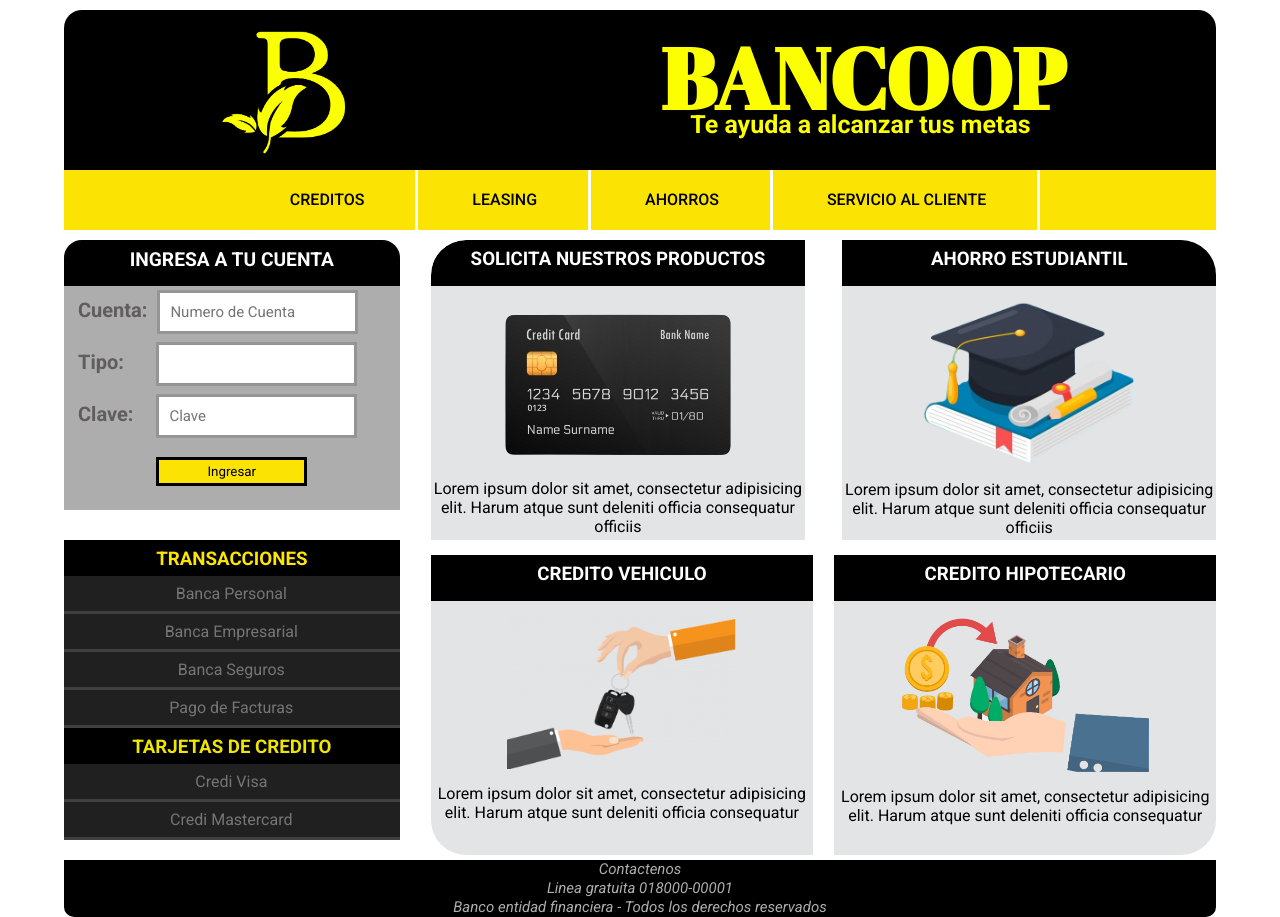
Repository: NickArregoces/BANCOOP
Page: Index.html
An editor plug-in stored every save of this project. The page is shown before and after the next save, followed by the edit.
The browser window is 1280 px wide. The pictures show the whole page.

Above is the page before, as saved 2021-10-15 12:06:24.

### Index.html
<!DOCTYPE html>
<html lang="en">
<head>
    <meta charset="UTF-8">
    <meta http-equiv="X-UA-Compatible" content="IE=edge">
    <meta name="viewport" content="width=device-width, initial-scale=1.0">
    <title>BANCOOP Home</title>
    <bgsound src="musica.mid"></bgsound>
    <link rel="stylesheet" href="/CSS/Style.css">
    <link href="https://fonts.googleapis.com/css2?family=Roboto:ital,wght@0,100;0,300;0,400;0,500;0,700;0,900;1,100;1,300;1,400;1,500;1,700;1,900&display=swap" rel="stylesheet">
    <link rel="preconnect" href="https://fonts.googleapis.com">
    <link rel="preconnect" href="https://fonts.gstatic.com" crossorigin>
    <link href="https://fonts.googleapis.com/css2?family=Abril+Fatface&display=swap" rel="stylesheet">

</head>
<body>
    <header>
            <div class="image">
                <img src="/Images/logo1.png" alt="logo">
            </div>
            <div class="title" >
                <h1>BANCOOP</h1>
                <h3>Te ayuda a alcanzar tus metas</h3>
            </div>

    </header>

    <nav class="barra"></nav>

            <div class="navegador">
                <ul class="menu">
                    <li><a href="/Creditos.html">Creditos</a></li>
                    <li><a href="/Leasing.html">leasing</a></li>
                    <li><a href="/Ahorros.html">Ahorros</a></li>
                    <li><a href="/Servicio.html">Servicio al cliente</a></li>
                </ul>
            </div>


            <div class="section">
                <form action="" class="login">
                    <h3 style="color: rgb(255, 255, 255);">INGRESA A TU CUENTA</h3>
                        <div class="cuenta">
                            <h4>Cuenta:<input type="number" placeholder="Numero de Cuenta" required></h4>
                        </div>

                        <div class="tipo">
                            <h4>Tipo:<input type="text" required></h4>
                        </div>

                        <div class="clave">
                            <h4>Clave:<input type="password" placeholder="Clave" required></h4>
                        </div>
                    <div class="center">
                        <button class="sumbit"> Ingresar </button>
                    </div>
                </form>

                <article class="opciones">
                    <h3 style="color: rgb(255, 230, 0);">TRANSACCIONES</h3>
                    <li><a href="#">Banca Personal</a></li>
                    <li><a href="#">Banca Empresarial</a></li>
                    <li><a href="#">Banca Seguros</a></li>
                    <li><a href="#">Pago de Facturas</a></li>

                    <h3 style="color: rgb(238, 230, 0);">TARJETAS DE CREDITO</h3>
                    <li><a href="#">Credi Visa</a></li>
                    <li><a href="#">Credi Mastercard</a></li>
                </article>
            </div>
            <div class="Contenido">
                <aside>
                    <div class="solicita">
                        <h3 style="color: rgb(255, 255, 255);">SOLICITA NUESTROS PRODUCTOS</h3>

                        <div id="Prueba">
                        <img id="Prubea" src="/Images/credit.png" alt="">
                        </div>

                        <p>Lorem ipsum dolor sit amet, consectetur adipisicing elit.
                            Harum atque sunt deleniti officia consequatur officiis</p>
                    </div>

                    <div class="ahorro">
                        <h3 style="color: rgb(255, 255, 255);">AHORRO ESTUDIANTIL</h3>

                        <div id="Prueba">
                        <img id="Prubea" src="/Images/Captura de pantalla 2021-10-04 181948.png" alt="">
                        </div>

                        <p>Lorem ipsum dolor sit amet, consectetur adipisicing elit.
                            Harum atque sunt deleniti officia consequatur officiis</p>
                    </div>

                    <div class="credito">
                        <h3 style="color: rgb(255, 255, 255);">CREDITO VEHICULO</h3>

                        <div id="Prueba">
                        <img id="Prubea" src="/Images/Captura de pantalla 2021-10-04 192824.png" alt="">
                        </div>

                        <p>Lorem ipsum dolor sit amet, consectetur adipisicing elit.
                            Harum atque sunt deleniti officia consequatur</p>
                    </div>
                    <div class="hipotecario">
                        <h3 style="color: rgb(255, 255, 255);">CREDITO HIPOTECARIO</h3>

                        <div id="Prueba">
                        <img id="Prubea" src="/Images/Wallpaper(80).jpg" alt="">
                        </div>

                        <p>Lorem ipsum dolor sit amet, consectetur adipisicing elit.
                            Harum atque sunt deleniti officia consequatur </p>
                    </div>
                </aside>
            </div>
            <footer>
                    <p>Contactenos</p>
                    <p>Linea gratuita 018000-00001</p>
                    <p>Banco entidad financiera
                    - Todos los derechos reservados</p>
            </footer>

        </div>

</body>
</html>

### CSS/Style.css

*{
    margin: 0 auto;
    padding: 0;
    list-style:none;
    font-family: 'Roboto', sans-serif;
}
body{
    font-family: Arial, Helvetica, sans-serif;
    background: rgb(255, 255, 255);
    width: 90%;
    color: rgb(0, 0, 0);
}
header{
    display: flex;
    justify-content: space-around;
    padding: 10px 0px;
    margin-top: 10px;
    background:rgb(0, 0, 0);
    border-top-left-radius:  18px;
    border-top-right-radius:  18px;
    height: 120px;
}
    /*Logo*/
    .imgage{
        margin: 0;
        padding: 0;
    }
    .image img{
        width: 130px;
        cursor: pointer;
        margin: auto;
        margin-top: 5px;
    }
    header .title h1{
        width: 400px;
        height: 90px;
        margin-left: auto;
        font-family: 'Abril Fatface', cursive;
        font-size: 85px;
        text-align: center;
        color: rgb(251, 255, 0);
    }

    header .title h3{
        width: 400px;
        margin-left: auto;
        font-size: 25px;
        text-align: center;
        color: rgb(251, 255, 0);
    }

nav.barra{
    background: rgb(0, 0, 0);
    height: 20px;
}
div.navegador{
    background: rgb(251, 227, 3);
    justify-content: space-around;
    align-items: center;
    display:flex
}
    ul.menu{
        border-bottom-left-radius: 20px 20px;
        border-bottom-right-radius: 20px 20px;
        background: rgb(251, 227, 3);
        height: 60%;
        list-style: none;
        padding: 0;
    }
    .menu a{
        height: 20px;
        font-size: 100%;
        font-weight: 500;
        margin-right: 1px;
        text-transform: uppercase;
        text-decoration: none;
        color:black;
        padding: 20px;
        display: inline-block;
        transition: all 0.3s;
    }
    .menu li {
        border-right: solid white;
        display: inline-block;
        padding: 0px 30px;
        list-style: none;

        }
    .menu a:hover{
        background: #8d8405b6;
        color: white;
        border-radius: 10px;
        padding: 10px 18px;
        }

.section{
    width: 30%;
    float: left;
    display: flex;
    flex-flow: row wrap;
}
    /*Formulario Login*/
    form{
        background: rgb(173, 173, 173);
        border-top-left-radius: 18px;
        border-top-right-radius: 18px;
        margin-top: 10px;
        margin-right:10px;
        margin-bottom: 10px;
        width: 100%;
        height: 270px;
    }
        form h3{
            font-size: 120%;
            text-align: center;
            background: black;
            height: 30px;
            padding: 8px;
            border-top-left-radius: 18px;
            border-top-right-radius: 18px;
        }
        form h4{
            font-size: 20px;
            padding: 4px;
            margin-left: 10px;
            color: rgb(95, 93, 93);

        }
        form input{
            font-size: 15px;
            width: 55%;
            padding: 10px;
            display: inline;
            border: solid rgb(149, 149, 149);
            margin-left: 10px;
        }
        div.clave input {
            margin-left: 23px;
        }
        div.tipo input {
            margin-left: 32px;
        }
        div.center{
            margin-top: 10px;
            margin: auto;
            text-align: center;
            width: 50%;
            cursor: pointer;
        }
        button{
            margin-top: 15px;
            width: 90%;
            padding: 4px;
            background: rgb(251, 227, 3);
            border: solid black;
            cursor: pointer;
        }
        button:hover{
            background: #000000;
            color: rgb(251, 227, 3);
            border-radius: 8px;
        }
    /*Menu lateral*/
    article {
        width: 100%;
        height: 300px;
        background: rgb(32, 32, 32);
        margin-top: 20px;
        margin-right:10px;
        margin-bottom: 10px;
    }
        article h3{
            text-align: center;
            padding: 8px;
            height: 20px;
            background: black;
        }
        .opciones li a{
            font-size: 16px;
            margin-right: 1px;
            text-align: center;
            text-decoration: none;
            color:rgb(117, 117, 117);
            padding: 8px;
            display: inline-block;
        }
        .opciones li {
            border-bottom: solid rgba(68, 68, 68, 0.897);
            text-align: center;
            display:inline-flexbox;
            }
        .opciones li a:hover{
            background: #242323b6;
            color: rgb(251, 227, 3);
            padding: 10px;
            }

    /*Servicios*/

aside{
    width: 69%;
    height: 610px;
    margin-top: 10px;
    float: right;
    margin-bottom: 10px;

}
    div.solicita{
        width: 47%;
        height: 300px;
        float: left;
        border-top-left-radius: 35px;
        margin-left: 10px;
        background: #e3e4e5;
        text-align:center;
        overflow:hidden;
    }
    /*Centrado Imagenes aside*/
    #Prueba{
        display: flex;
        align-items: center;
        justify-content: center;
    }
        div.solicita img {
            width: 65%;
            margin-top: 15px;
            margin-bottom: 15px;
            cursor:pointer;
        }
        /*Efecto Imagenes aside*/
        aside img:hover{
            -webkit-transform:scale(1.1);
            transform:scale(1.1);
        }
        div.solicita h3{
            text-align: center;
            background: black;
            height: 30px;
            padding: 8px;
            border-top-left-radius: 35px;
        }
        div.solicita p{
            display: inline-block;
            text-align: center;
        }

    div.ahorro {
        width: 47%;
        height: 300px;
        float: right;
        border-top-right-radius: 35px;
        margin-left: 10px;
        background: #e3e4e5;
    }
        div.ahorro img {
            width: 57%;
            margin-top: 15px;
            margin-bottom: 15px;
            cursor:pointer;
        }
        div.ahorro h3{
            text-align: center;
            background: black;
            height: 30px;
            padding: 8px;
            border-top-right-radius: 35px;
        }
        div.ahorro p{
            display: inline-block;
            text-align: center;
        }

    div.credito {
        width: 48%;
        height: 300px;
        float: left;
        margin-top: 15px;
        border-bottom-left-radius: 35px;
        margin-left: 10px;
        background: #e3e4e5;
    }
        div.credito img {
            width: 60%;
            margin-top: 15px;
            margin-bottom: 15px;
            cursor:pointer;
        }
        div.credito h3{
            text-align: center;
            background: black;
            height: 30px;
            padding: 8px;
        }
        div.credito p{
            display: inline-block;
            text-align: center;
        }

    div.hipotecario {
        width: 48%;
        height: 300px;
        float: right;
        border-top-right-radius: 35px;
        border-bottom-right-radius: 35px;
        margin-top: 15px;
        background: #e3e4e5;
        }
            div.hipotecario img {
                width: 65%;
                margin-top: 15px;
                margin-bottom: 15px;
                cursor:pointer;
            }
            div.hipotecario h3{
                text-align: center;
                background: black;
                height: 30px;
                padding: 8px;
            }
            div.hipotecario p{
                display: inline-block;
                text-align: center;
            }

    /*Pie de Pagina*/
footer{
    background: black;
    clear: both;
    border-bottom-left-radius: 10px;
    border-bottom-right-radius: 10px;
}
    footer p{
        font-size: 15px;
        text-align: center;
        line-height: 15px;
        color: rgb(175, 174, 174);
        font-style:italic;
        padding: 2px;
    }

After the next save:
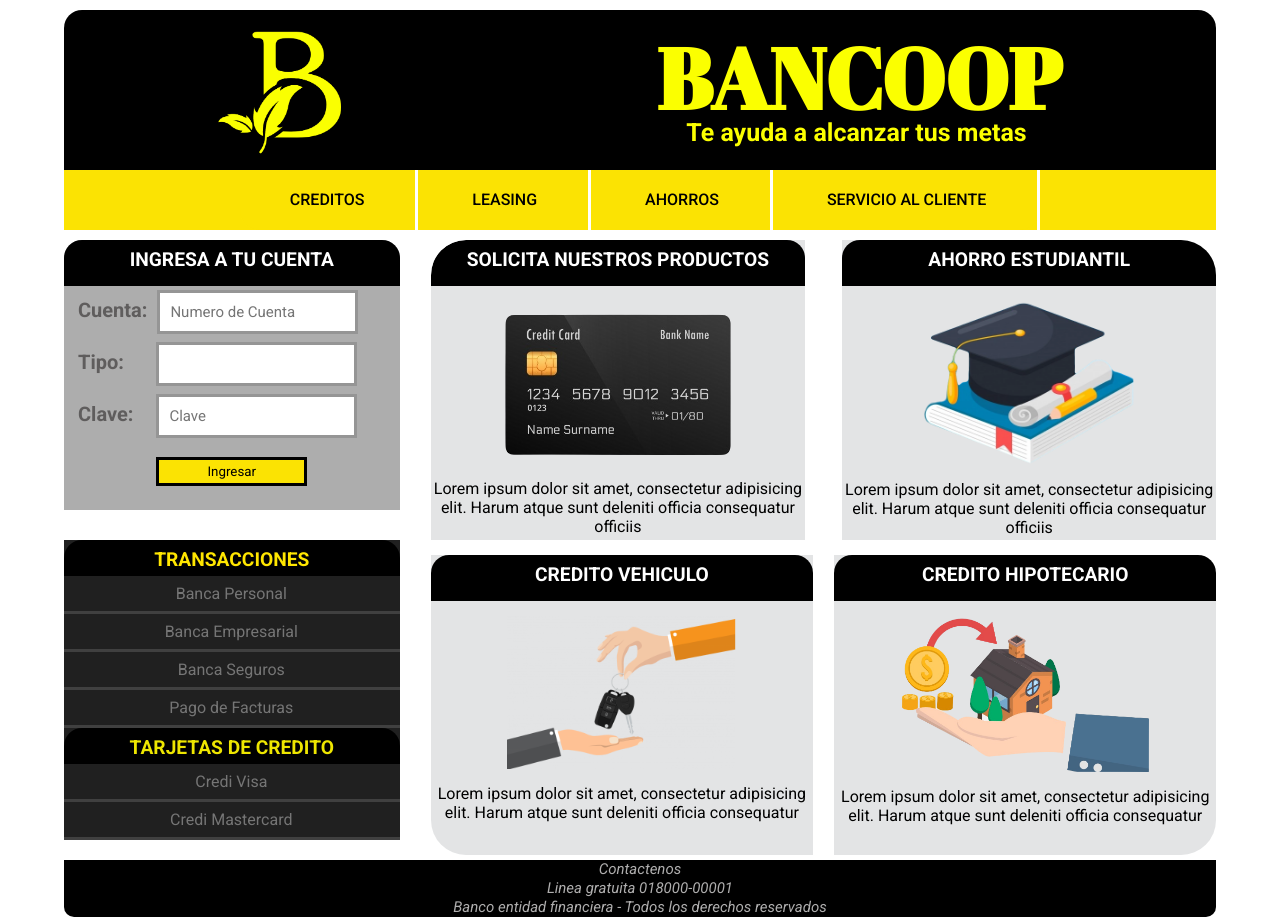
Saved 2 min 21 s later.
--- a/CSS/Style.css
+++ b/CSS/Style.css
@@ -111,7 +111,7 @@ div.navegador{
         width: 100%;
         height: 270px;
     }
-        form h3{
+        h3{
             font-size: 120%;
             text-align: center;
             background: black;

After the save that followed:
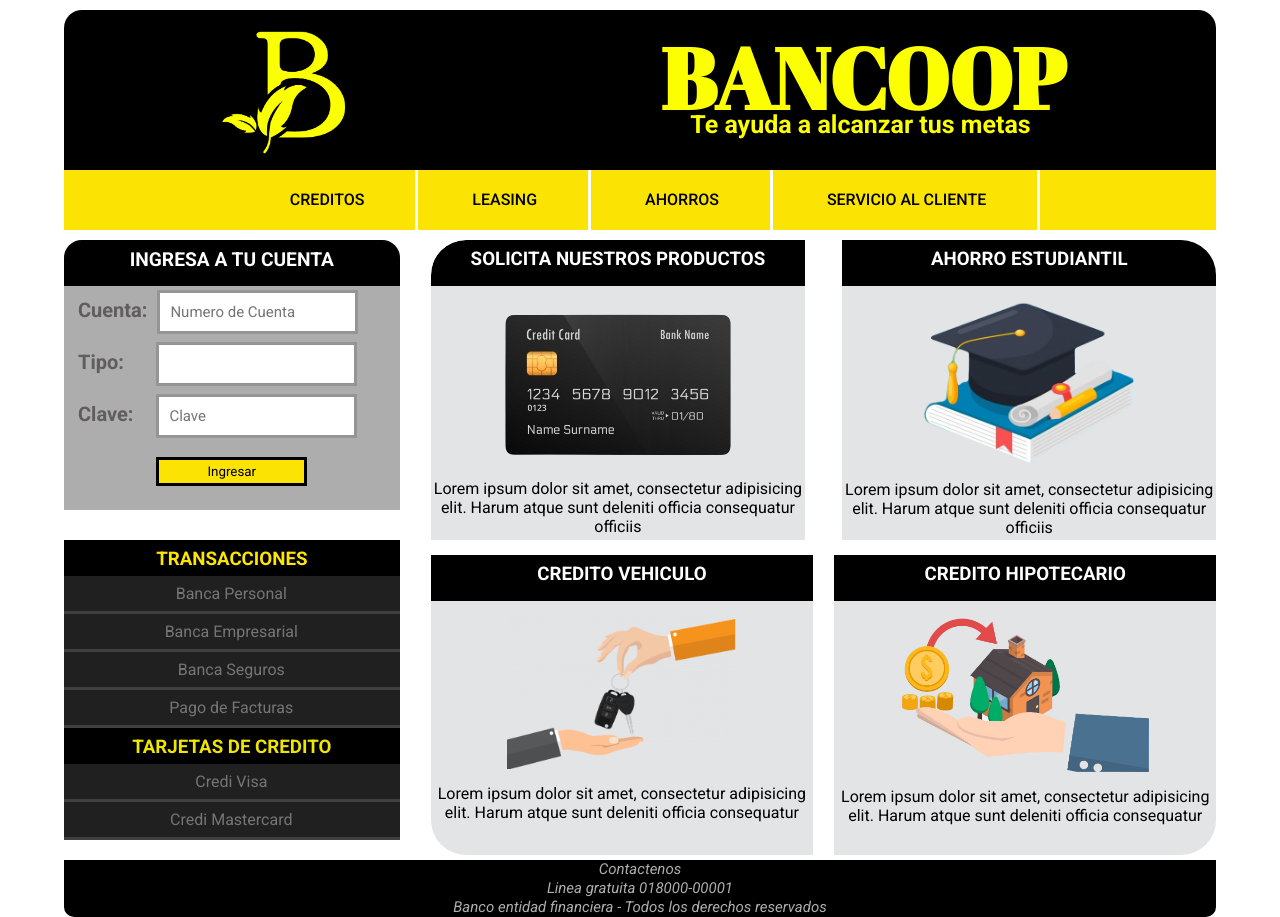
Saved 17 s later.
--- a/CSS/Style.css
+++ b/CSS/Style.css
@@ -111,7 +111,7 @@ div.navegador{
         width: 100%;
         height: 270px;
     }
-        h3{
+        form h3{
             font-size: 120%;
             text-align: center;
             background: black;
